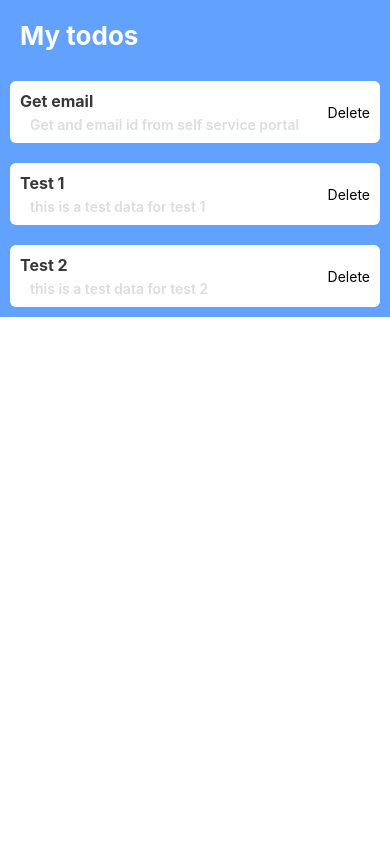
Repository: sadarsh216/Todo-App
Page: /
An editor plug-in stored every save of this project. The page is shown before and after the next save, followed by the edit.
The browser window is 390 px wide. The pictures show the whole page.
The app was drawn by React Native's web renderer in a window 390 px wide. The project was rebuilt for these pictures with package versions that can differ from the ones it lists, and the page was loaded fresh each time.

Above is the page before, as saved 2021-10-09 13:04:52.

### App.tsx
import { StatusBar } from "expo-status-bar";
import React from "react";
import { SafeAreaView, StyleSheet, Text, View } from "react-native";
import Todos from "./Pages/Todos";

export default function App() {
  return (
    <SafeAreaView>
      <View style={styles.container}>
        <Text style={styles.heading}>My todos</Text>
        <Todos />
      </View>
    </SafeAreaView>
  );
}

const styles = StyleSheet.create({
  container: {
    backgroundColor: "#63a1ff",
  },
  heading: {
    color:"white",
    fontSize: 26,
    fontWeight: "bold",
    margin: 20,
  },
});

### Pages/Todos.tsx
import React from "react";
import { View, Text, StyleSheet } from "react-native";
import { MaterialCommunityIcons } from "@expo/vector-icons";

export default function Todos() {
  const [todos, setTodos] = React.useState([
    {
      title: "Get email",
      description: "Get and email id from self service portal",
      id: 0,
    },
    { title: "Test 1", description: "this is a test data for test 1", id: 1 },
    { title: "Test 2", description: "this is a test data for test 2 ", id: 2 },
  ]);
  return (
    <>
      {todos.map((item, key) => (
        <View key={item.id} style={styles.card}>
          <View style={styles.details}>
            <Text style={styles.title}>{item.title}</Text>
            <Text style={styles.desc}>{item.description}</Text>
          </View>
          <View style={styles.deleteSection}>
            <Text>Delete</Text>
          </View>
        </View>
      ))}
    </>
  );
}

const styles = StyleSheet.create({
  card: {
    display: "flex",
    flexDirection: "row",
    backgroundColor: "#fff",
    margin: 10,
    borderRadius: 6,
    elevation: 4,
    padding: 10,
  },
  title: {
    fontSize: 16,
    marginBottom: 5,
    fontWeight: "bold",
    color: "#383838",
  },
  desc: {
    paddingHorizontal: 10,
    fontWeight: "600",
    color: "#ddd",
  },
  details: {
    flex: 2,
  },
  deleteSection: {
    justifyContent: "center",
  },
});

After the next save:
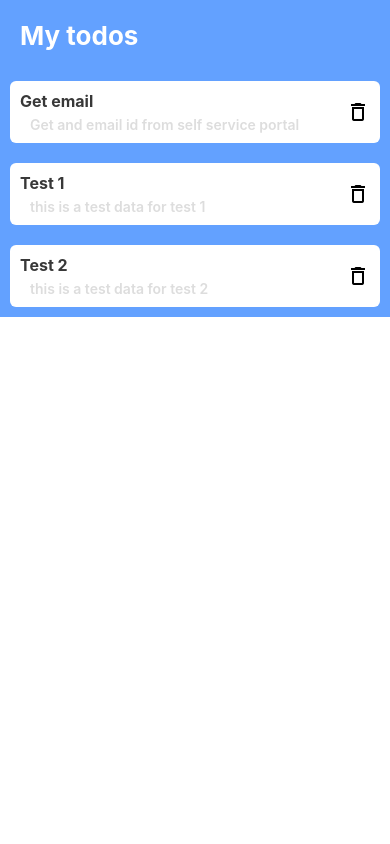
Saved 4 s later.
--- a/Pages/Todos.tsx
+++ b/Pages/Todos.tsx
@@ -21,7 +21,11 @@ export default function Todos() {
             <Text style={styles.desc}>{item.description}</Text>
           </View>
           <View style={styles.deleteSection}>
-            <Text>Delete</Text>
+            <MaterialCommunityIcons
+              name="delete-outline"
+              size={24}
+              color="black"
+            />
           </View>
         </View>
       ))}
